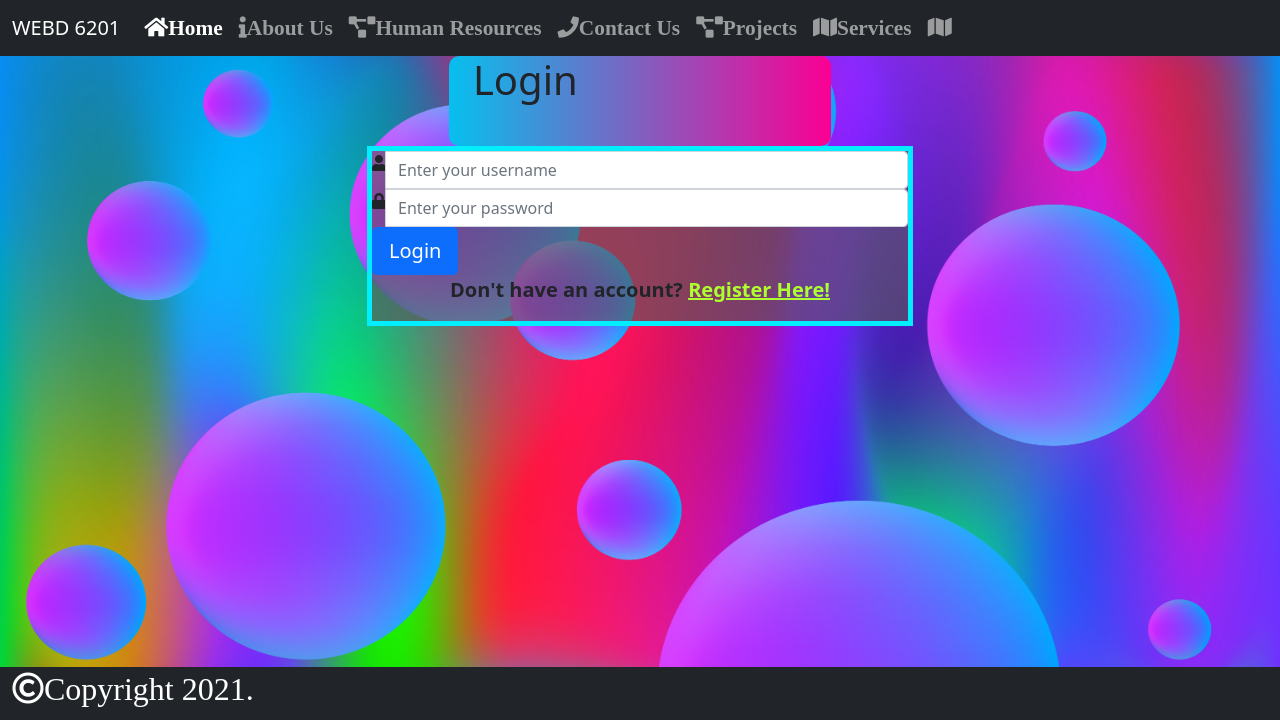
Repository: vans12345678/WEBD6201-W2021-Lab2
Page: login.html
The author's editor kept a copy of each file at every save. The page is drawn from the files as they stood at one save, then again after the next save.
The browser window is 1280 px wide. The pictures show the whole page.

Above is the page before, as saved 2021-02-24 17:29:02.

After the next save:
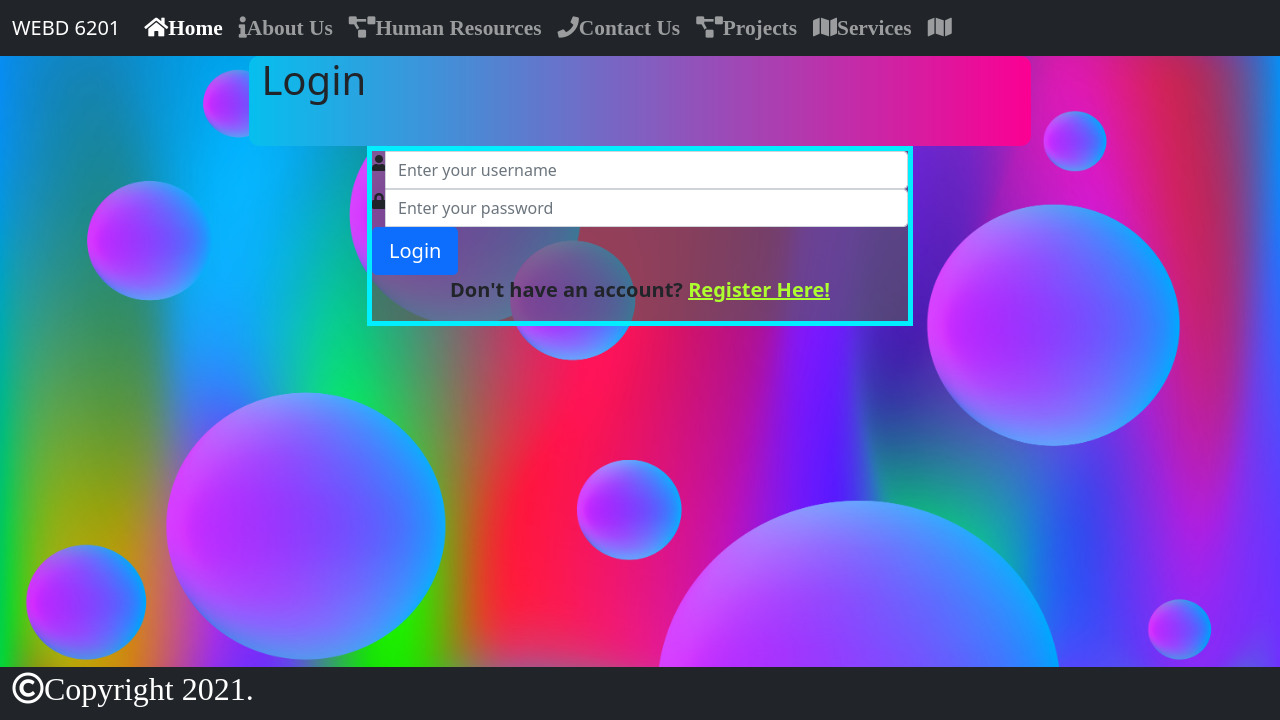
Saved 52 s later.
--- a/login.html
+++ b/login.html
@@ -47,10 +47,10 @@
 
     <!-- Main Content -->
     <main class="container" id="mainContent">
+        <h1 class = "container">Login</h1>
       <div class="row">
           <div class="offset-md-3 col-md-6 col-sm-12">
-                <div class="login" id="contentArea">
-                    <h1 class = "container">Login</h1>
+                <div class="login" id="contentArea"></div>
                     <div id = "messageArea"></div>
                     <form class = "fromBackground" id="loginForm" novalidate>
                       <div class="form-group">
